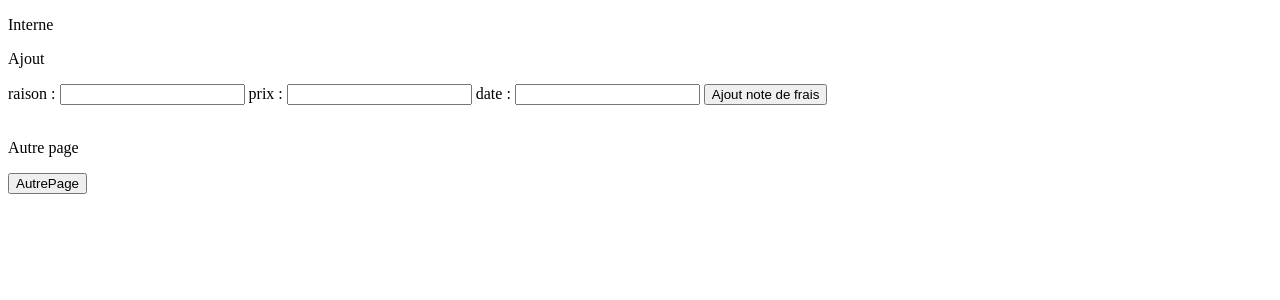
Repository: Shakibaei-2020/CRA_JEE_FINAL
Page: http://localhost/jee_crainfocom/ControleInterneGestionFrais
An editor plug-in stored every save of this project. The page is shown before and after the next save, followed by the edit.
The browser window is 1280 px wide. The pictures show the whole page.
The page is served by Tomcat 9. Other server files are loaded and not shown.

Above is the page before, as saved 2021-04-08 08:49:26.

### CRA_JEE_FINAL/jee_crainfocom/src/main/webapp/WEB-INF/AccueilInterne.jsp
<%@ page language="java" contentType="text/html; charset=ISO-8859-1"
    pageEncoding="ISO-8859-1"%>
<!DOCTYPE html>
<html>
<head>
<meta charset="ISO-8859-1">
<title>Insert title here</title>
</head>
<body>
<p>Interne</p>
<p>Ajout</p>
<form method="post" action="ControleInterneGestionFrais" >

            <label for="raisonIn">raison : </label>
            <input type="text" name="raisonIn" id="raisonIn" />

            <label for="mailIn">prix : </label>
            <input type="text" name="prixIn" id="prixlIn" />

            <label for="dateIn">date : </label>
            <input type="text" name="dateIn" id="dateIn" />

            <input type="submit" value="Ajout note de frais" />
</form>

<br>
  <p>Autre page</p>
<form method="post" action="ControleAdminGestionCollab" >
            <input type="submit" value="AutrePage" />
</form>

</body>
</html>

### CRA_JEE_FINAL/jee_crainfocom/src/main/java/com/infocom/controller/Collaborateur/ControleInterneGestionFrais.java
package com.infocom.controller.Collaborateur;
import java.io.IOException;
import java.sql.SQLException;
import java.text.ParseException;
import java.text.SimpleDateFormat;
import java.sql.Date;

import javax.servlet.ServletException;
import javax.servlet.annotation.WebServlet;
import javax.servlet.http.HttpServlet;
import javax.servlet.http.HttpServletRequest;
import javax.servlet.http.HttpServletResponse;
import com.infocom.model.NoteDeFrais;
import com.infocom.model.DAO.NoteDeFraisDAO;


@WebServlet("/ControleInterneGestionFrais")
public class ControleInterneGestionFrais extends HttpServlet {
	private static final long serialVersionUID = 1L;

    public ControleInterneGestionFrais() {
        super();
    }



	protected void doGet(HttpServletRequest request, HttpServletResponse response) throws ServletException, IOException {

        this.getServletContext().getRequestDispatcher("/WEB-INF/AccueilInterne.jsp").forward(request, response);
	}


	protected void doPost(HttpServletRequest request, HttpServletResponse response) throws ServletException, IOException {


		String buttonClicked = request.getParameter("button_clicked");

		if(buttonClicked != null) {
		switch(buttonClicked) {
		case "ajoutFrais":

			String raisonIn =request.getParameter("raisonIn");
	        Double prixIn = Double.parseDouble(request.getParameter("prixIn"));
	        String dateIn = request.getParameter("dateIn");
	        int idIn = Integer.parseInt(request.getParameter("idIn"));

	        Date date=Date.valueOf(dateIn);

	        NoteDeFrais noteDeFrais = new NoteDeFrais(5,raisonIn,prixIn,date, idIn);
	        NoteDeFraisDAO noteDeFraisDAO = new NoteDeFraisDAO();

			try {
				noteDeFraisDAO.insertFrais(noteDeFrais);
			} catch (SQLException e) {
				e.printStackTrace();
			}


			     this.doGet(request, response);
			     return;
			}

	}

		        this.getServletContext().getRequestDispatcher("/WEB-INF/AccueilInterne.jsp").forward(request, response);
	}

}

After the next save:
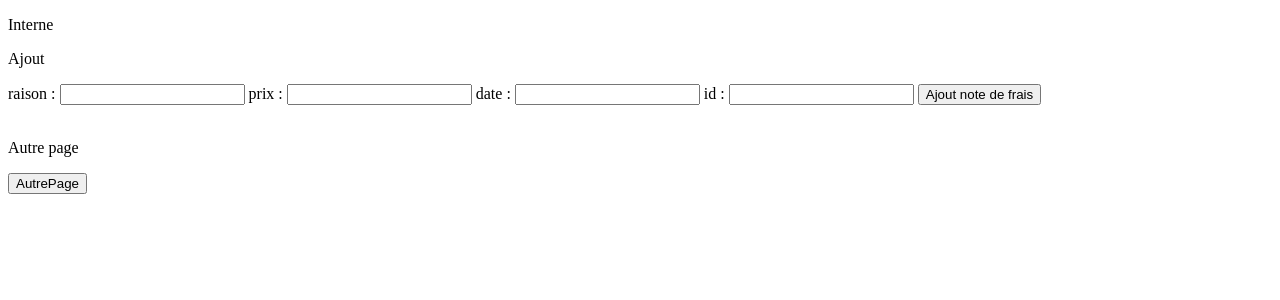
Saved 17 min 12 s later.
--- a/CRA_JEE_FINAL/jee_crainfocom/src/main/webapp/WEB-INF/AccueilInterne.jsp
+++ b/CRA_JEE_FINAL/jee_crainfocom/src/main/webapp/WEB-INF/AccueilInterne.jsp
@@ -20,6 +20,9 @@
             <label for="dateIn">date : </label>
             <input type="text" name="dateIn" id="dateIn" />
 
+   			<label for="idId">id : </label>
+            <input type="text" name="idIn" id="idIn" />
+
             <input type="submit" value="Ajout note de frais" />
 </form>
 
